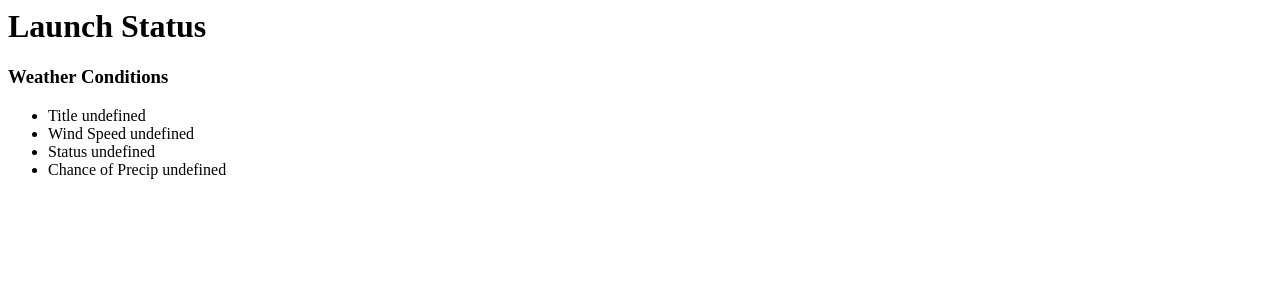
Repository: JohnRudolph1/Events-JSON
Page: index.html
An editor plug-in stored every save of this project. The page is shown before and after a run of saves, followed by the edit.
The browser window is 1280 px wide. The pictures show the whole page.

Above is the page before, as saved 2022-01-10 09:17:14.

### index.html
<html>
   <head>
      <title>Launch Status</title>
      <script>
         window.addEventListener("load", function() {
            fetch("json.js").then( function(response) {
               response.json().then( function(json) {
                  const div = document.getElementById("weather-conditions");
                  // Add HTML that includes the JSON data
                  div.innerHTML = `
                     <ul>
                        <li>Title ${json.title}</li>
                        <li>Wind Speed ${json.windSpeed}</li>
                        <li>Status ${json.status}</li>
                        <li>Chance of Precip ${json.chanceOfPrecipitation}</li>
                     </ul>
                  `;
               });
            });
         });
      </script>
   </head>
   <body>
      <h1>Launch Status</h1>
      <h3>Weather Conditions</h3>
      <div id="weather-conditions">
         <!-- Weather data is added here dynamically. -->
      </div>
   </body>
</html>

Loaded but not shown: json.js (1073 lines, source omitted)

After the next 2 saves:
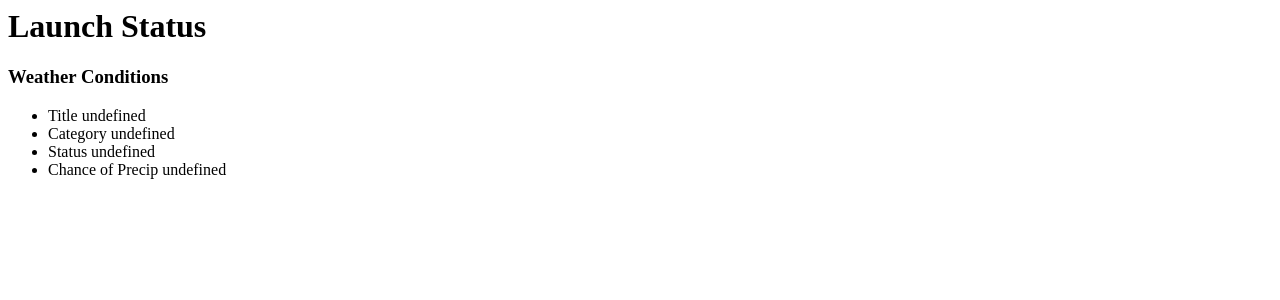
The 2 saves are shown as one change because they came seconds apart.
The last was saved 16 s later.
--- a/index.html
+++ b/index.html
@@ -10,7 +10,7 @@
                   div.innerHTML = `
                      <ul>
                         <li>Title ${json.title}</li>
-                        <li>Wind Speed ${json.windSpeed}</li>
+                        <li>Category ${json.category}</li>
                         <li>Status ${json.status}</li>
                         <li>Chance of Precip ${json.chanceOfPrecipitation}</li>
                      </ul>
